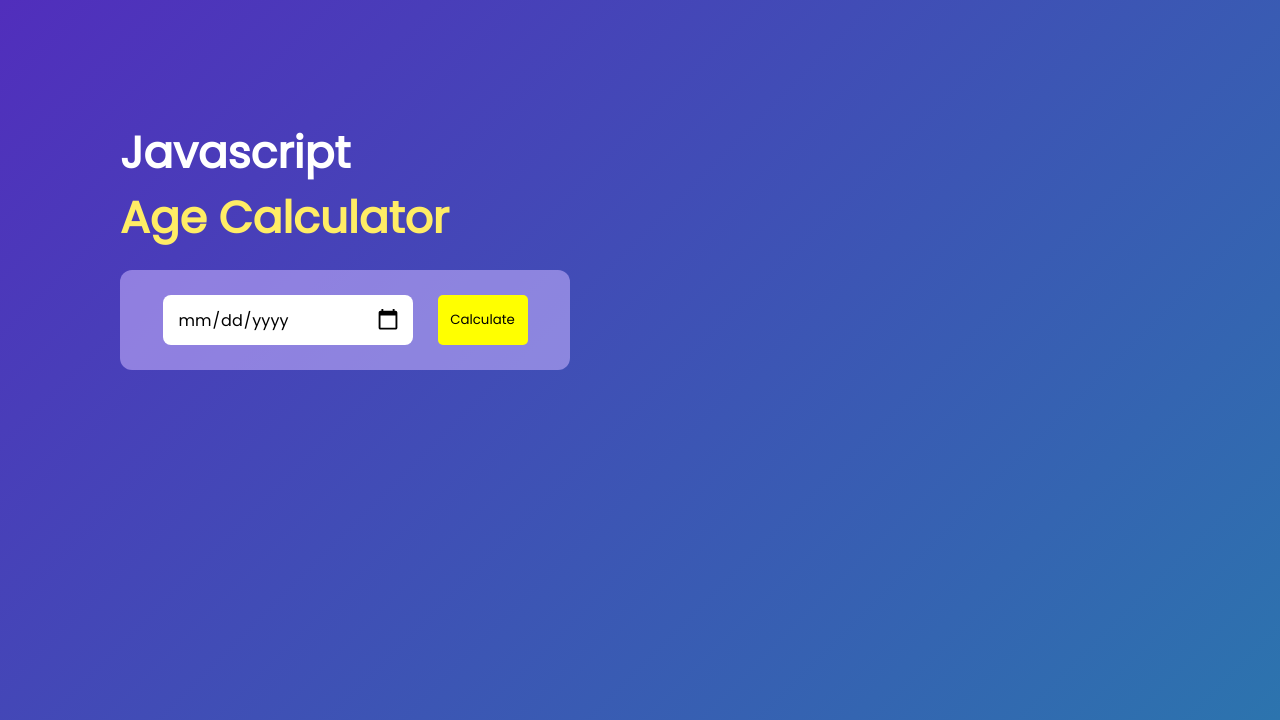
Repository: Ankitkr2021/Age-Calculator
Page: index.html
These files come from the project's save history. The page is drawn as it stood at one moment and after the next save; the edit follows.
The browser window is 1280 px wide. The pictures show the whole page.

Above is the page before, as saved 2025-10-05 12:32:51.

After the next save:
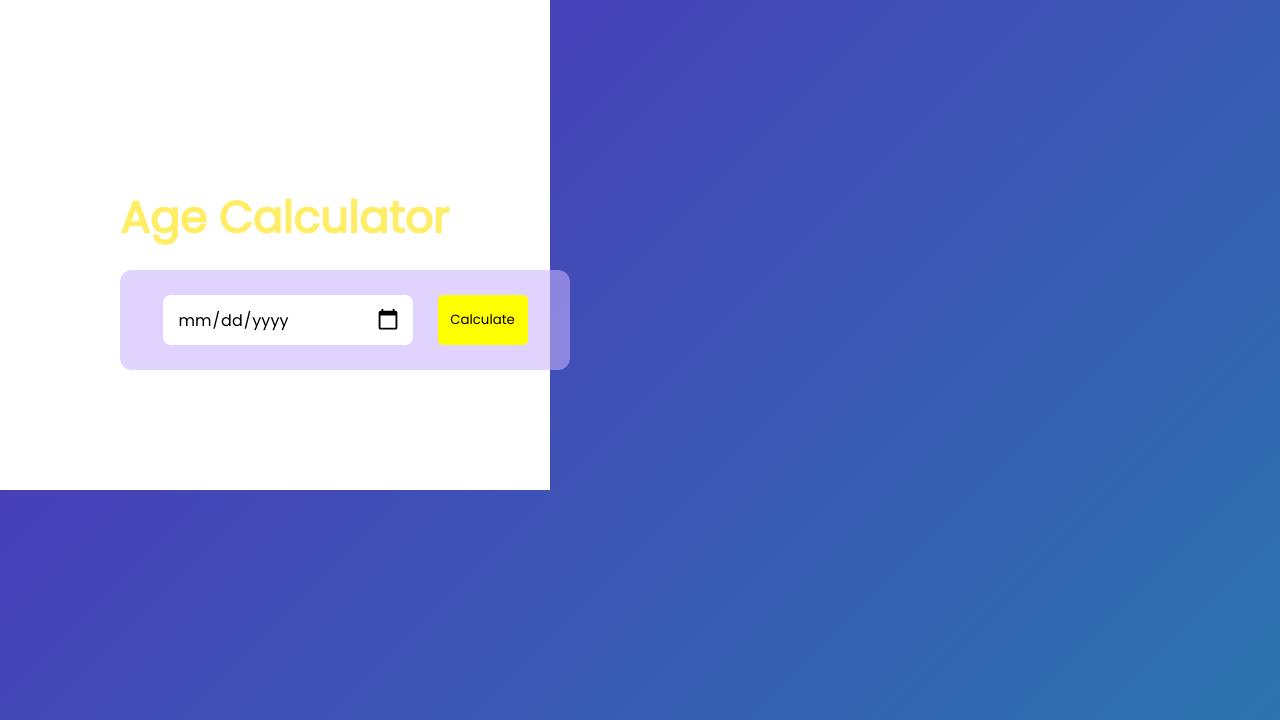
Saved 95 s later.
--- a/style.css
+++ b/style.css
@@ -14,7 +14,7 @@ body{
 }
 
 .main{
-    /* background: #fff; */
+    background: #fff;
     width: 550px;
     padding: 40px;
 }
